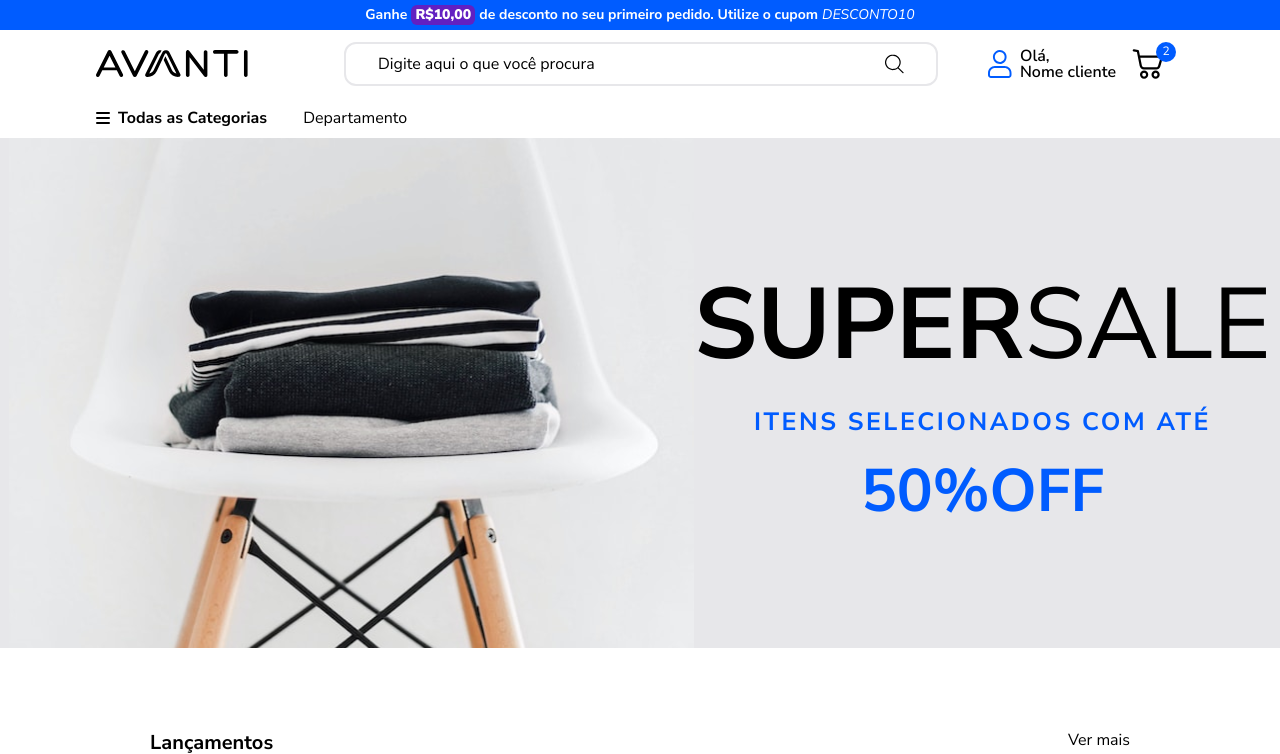
Repository: chidekina/avanti-01
Page: index.html
These files come from the project's save history. The page is drawn as it stood at one moment and after the next save; the edit follows.
The browser window is 1280 px wide. The pictures show the part of the page from y = 0 to 754 px (the page is 4120 px tall).
A picture or video elsewhere on the page could not be fetched, so the positions and the page height are approximate.

Above is the page before, as saved 2025-04-09 17:46:50.

### index.html
<!DOCTYPE html>
<html lang="en">
  <head>
    <meta charset="UTF-8" />
    <meta name="viewport" content="width=device-width, initial-scale=1.0" />
    <script src="https://cdn.jsdelivr.net/npm/@tailwindcss/browser@4"></script>
    <link rel="preconnect" href="https://fonts.googleapis.com" />
    <link rel="preconnect" href="https://fonts.gstatic.com" crossorigin />
    <link href="https://fonts.googleapis.com/css2?family=Nunito+Sans:ital,opsz,wght@0,6..12,200..1000;1,6..12,200..1000&family=Nunito:ital,wght@0,200..1000;1,200..1000&display=swap" rel="stylesheet" />

    <title>Avanti</title>
    <link rel="icon" type="image" href="./assets/avanti-icon.svg" />
    <link rel="stylesheet" href="style.css" />
    <link rel="stylesheet" href="https://cdn.jsdelivr.net/npm/swiper/swiper-bundle.min.css">
  </head>
  <body>
    <header class="mb-2">
      <h1 class="flex justify-center items-center bg-(--primary-color) text-white text-sm h-[30px] font-bold">
        Ganhe
        <b class="flex justify-center mx-1 bg-(--secondary-color) heigth-[16px] w-[64px] rounded-md">R$10,00</b>
        de desconto no seu primeiro pedido. Utilize o cupom
        <i class="font-normal ml-1">DESCONTO10</i>
      </h1>
      <div class="mt-3 mb-5 px-24 flex justify-between w-full">
        <div class="flex gap-24">
          <img src="./assets/logo.svg" alt="Avanti Logo" class="w-[152px]" />
          <label>
            <div class="flex justify-between py-2 border-2 border-solid border-(--bg-color) px-8 rounded-xl cursor-text w-[594px]">
              <input type="text" placeholder="Digite aqui o que você procura" class="placeholder-black outline-none focus:placeholder-transparent w-1/2" />
              <img src="./assets/search.svg" />
            </div>
          </label>
        </div>
        <div class="flex gap-4">
          <div class="flex gap-2 items-center">
            <img src="./assets/user.svg" alt="icone do usuario" class="w-[24px]" />
            <h6 class="leading-none font-semibold">
              Olá,<br />
              Nome cliente
            </h6>
          </div>
          <div class="flex">
            <img src="./assets/cart.svg" alt="imagem de um carrinho de compras" class="w-[32px]" />
            <div class="relative bg-(--primary-color) w-[20px] h-[20px] text-center text-white text-[12px] rounded-full right-2">2</div>
          </div>
        </div>
      </div>
      <div class="flex px-24 w-full">
        <ul class="flex gap-9">
          <li>
          <a href="#">
            <div class="flex gap-2">
              <img src="./assets/menu-hamburger.svg" alt="menu hamburguer" />
              <h5 class="font-bold" id="menu-button object-contain">Todas as Categorias</h5>
            </div>
          </a>
        </li>
        <li>
          <a href="#"> Departamento </a>
        </li>
        </ul>
      </div>
    </header>
    <main>
      <section class="flex justify-center items-center w-full height-[510px] bg-(--bg-color) font-(--font-secondary)">
        <img src="./assets/chair.svg" alt="Foto de uma cadeira com roupas dobradas em cima" />
        <div class="flex flex-col gap-1 text-center">
          <h1 class="text-[100px]"><b>SUPER</b>SALE</h1>
          <h4 class="text-[25px] text-(--primary-color) font-bold tracking-widest">ITENS SELECIONADOS COM ATÉ</h4>
          <h4 class="text-[60px] text-(--primary-color) font-bold">50%OFF</h4>
        </div>
      </section>
<carousel-section></carousel-section>
      </section>
  <description-section></description-section>
  <section class="flex w-full bg-(--bg-light) px-[200px] py-[42px] font-(--font-secondary) my-[40px]">
    <div class="text-center text-(--text-color) w-1/2 mr-5">
      <h1 class="text-[30px] font-bold mb-10">
        Lorem ipsum
      </h1>
      <ul class="flex flex-col text-start gap-15">
        <li class="flex gap-6">
          <img src="./assets/pin.svg">
          <p>
            Aenean massa. Cum sociis natoque penatibus et magnis dis parturient montes, nascetur ridiculus mus. Donec quam felis, ultricies nec, pellentesque eu, pretium quis, sem.
          </p>
        </li>
        <li class="flex gap-6">
          <img src="./assets/pin.svg">
          <p>
            Aenean massa. Cum sociis natoque penatibus et magnis dis parturient montes, nascetur ridiculus mus. Donec quam felis, ultricies nec, pellentesque eu, pretium quis, sem.
          </p>
        </li>
        <li class="flex gap-6">
          <img src="./assets/pin.svg">
          <p>
            Aenean massa. Cum sociis natoque penatibus et magnis dis parturient montes, nascetur ridiculus mus. Donec quam felis, ultricies nec, pellentesque eu, pretium quis, sem.
          </p>
        </li>
      </ul>
    </div>
    <img src="./assets/banner.svg" alt="Foto da caneca da Avanti sobre uma tabua de vegetais" class="w-1/2">
  </section>
  <section>
  <description-section></description-section>
  <carousel-section></carousel-section>

  </section>
  <section>
    <img src="./assets/banner2.svg" alt="Foto da entrada da loja da Avanti" />
    <div class="absolute h-[126px] bg-(--primary-color) w-full bottom-[-3080px] text-white text-[30px] font-(--font-secondary)">
      <h1 class="flex justify-center h-full items-center">Entre em contato conosco e verifique a disponibilidade para sua região!</h1>
    </div>
  </section>
  <section class="flex flex-col my-[50px] gap-6 items-center">
    <h2 class="font-bold text-center text-[20px]">
      Cadastre-se na nossa <b class="text-(--primary-color)">newsletter</b>
    </h2>
    <div class="flex w-[1260px] h-[170px] items-center justify-center bg-(--bg-light) rounded-lg gap-6">
      <input type="text" placeholder="Digite seu nome" class="outline-none rounded-lg bg-white placeholder:text-black w-[260px] h-[48px] focus:placeholder-transparent pl-4"/>
      <input type="text" placeholder="Digite seu e-mail" class="outline-none rounded-lg bg-white placeholder:text-black w-[260px] h-[48px] focus:placeholder-transparent pl-4"/>
      <div class="flex gap-1">
      <input type="checkbox" />
      <h5 class="text-[#656565] text-[12px] font-bold">Estou de acordo com a <a href="#" class="underline">Política de Privacidade</a></h5>
    </div>
    </div>
  </section>
  <section class="text-center px-[200px] py-[64px] bg-(--bg-lighter)">
    <div class="flex justify-around mb-10">
    <div class="flex flex-col gap-5">
      <img src="./assets/logo.svg" alt="Logo Avanti" />
      <ul class="flex gap-5 justify-around items-center">
        <li>
          <a href="#">
            <img src="./assets/social-links/instagram.svg" alt="Logo do instagram" />
          </a>
        </li>
        <li>
          <a href="#">
            <img src="./assets/social-links/facebook.svg" alt="Logo do instagram" />
          </a>
        </li>
        <li>
          <a href="#">
            <img src="./assets/social-links/youtube.svg" alt="Logo do instagram" />
          </a>
        </li>
        <li>
          <a href="#">
            <img src="./assets/social-links/tiktok.svg" alt="Logo do instagram" />
          </a>
        </li>
      </ul>
    </div>
    <ul class="flex flex-col gap-4">
      <li class="font-bold">
        <a href="">
          Institucional
        </a>
      </li>
      <li>
        <a href="">
          Sobre Nós
        </a>
      </li>
      <li>
        <a href="">
          Nossas lojas
        </a>
      </li>
      <li>
        <a href="">
          Privacidade e Segurança
        </a>
      </li>
      <li>
        <a href="">
          Termos e condições
        </a>
      </li>
    </ul>
    <ul class="flex flex-col gap-4">
      <li class="font-bold">
        <a href="">
          Central de ajuda
        </a>
      </li>
      <li>
        <a href="">
          Fale Conosco
        </a>
      </li>
      <li>
        <a href="">
          Frete e Entrega
        </a>
      </li>
      <li>
        <a href="">
          Trocas e Devoluções
        </a>
      </li>
      <li>
        <a href="">
          Formas de Pagamento
        </a>
      </li>
      <li>
        <a href="">
          FAQ
        </a>
      </li>
    </ul>
    <ul class="flex flex-col gap-4">
      <li class="font-bold">
          Atendimento
      </li>
      <li>
         <b>Telefone:</b> (00) 1234-5678
      </li>
      <li>
        <b>E-mail:</b> exemplo@exemplo.com.br
      </li>
      <li>
        <b>Horário de atendimento:</b><br>
          Segunda a Sábado: 07h00 às 23h00<br>
          Domingos e Feriados:  07h00 às 21h00
      </li>
    </ul>
  </div>
<div>
<ul class="flex gap-10 justify-center">
  <li>
    <img src="./assets/payments/amex.svg" alt="Logo Amex" />
  </li>
  <li>
    <img src="./assets/payments/mastercard.svg" alt="Logo Mastercard" />
  </li>
  <li>
    <img src="./assets/payments/visa.svg" alt="Logo Visa" />
  </li>
  <li>
    <img src="./assets/payments/hipercard.svg" alt="Logo Hipercard" />
  </li>
  <li>
    <img src="./assets/payments/elo.svg" alt="Logo Elo" />
  </li>
  <li>
    <img src="./assets/payments/dinners.svg" alt="Logo Dinners" />
  </li>
  <li>
    <img src="./assets/payments/paypal.svg" alt="Logo Paypal" />
  </li>
  <li>
    <img src="./assets/payments/pix.svg" alt="Logo Pix" />
  </li>
  <li>
    <img src="./assets/payments/boleto.svg" alt="Logo Boleto" />
  </li>
</ul>
</div>
  </section>
    </main>
    <footer class="flex flex-col gap-5 my-10">
      <div class="flex flex-col text-center justify-center items-center">
        <p class="w-[1000px] text-[12px]">
          Lorem ipsum dolor sit amet, consectetuer adipiscing elit, sed diam nonummy nibh euismod tincidunt ut laoreet dolore magna aliquam erat volutpat. Ut wisi enim ad minim veniam, quis nostrud exerci tation ullamcorper suscipit lobortis nisl ut aliquip ex ea commodo consequat. Duis autem vel eum iriure dolor in hendrerit in vulputate velit esse molestie consequat, vel illum dolore eu feugiat nulla facilisis at vero eros et accumsan et iusto odio dignissim qui blandit praesent luptatum zzril delenit augue duis dolore te feugait nulla facilisi.
        </p>
      </div>
        <ul class="flex justify-center gap-10">
          <li>
            <img src="./assets/logos/encrypt-logo.svg" alt="Logo da Lets Encrypt">
          </li>
          <li>
            <img src="./assets/logos/vtex-pci-logo.svg" alt="Logo da VTEX e da PCI certified">
          </li>
          <li>
            <img src="./assets/logo.svg" alt="Logo da Avanti">
          </li>
          <li>
            <img src="./assets/logos/vtex-logo.svg" alt="Logo da VTEX">
          </li>
        </ul>
      </footer>
    <script src="https://cdn.jsdelivr.net/npm/swiper/swiper-bundle.min.js"></script>
    <script src="app.js"></script>
  </body>
</html>

### style.css
:root {
    font-family: "Nunito Sans", sans-serif;
    --primary-color: #005CFF;
    --secondary-color: #6220C1;
    --text-color: #4F4F4F;
    --bg-color: #E7E7EA;
    --bg-dark: #C2C2C2;
    --bg-light: #DEDEDE;
    --bg-lighter: #F5F5F5;
    --font-secondary: "Nunito", sans-serif;
}

### app.js
class Carousel extends HTMLElement {
    constructor() {
      super();
    }

    connectedCallback() {
      this.render();
      this.initSlides();
      this.initSwiper();
    }

    render() {
      this.innerHTML = `
        <section class="py-[80px] px-[150px]">
          <div>
            <div class="flex justify-between mb-4">
              <h3 class="font-bold text-[20px]">Lançamentos</h3>
              <h4>Ver mais</h4>
            </div>
            <div class="swiper">
              <div class="swiper-container">
                <ul class="swiper-wrapper" id="swiper-wrapper"></ul>
                <div class="swiper-button-next"></div>
                <div class="swiper-button-prev"></div>
                <div class="swiper-pagination"></div>
              </div>
            </div>
          </div>
        </section>
      `;
    }

    initSlides() {
      const swiperWrapper = this.querySelector("#swiper-wrapper");

      for (let i = 1; i <= 15; i++) {
        const slide = `
          <li class="swiper-slide border border-[#DDDDDD] py-1 px-1 rounded-md" style="min-width: 200px;">
            <div class="absolute">
              <h6 class="flex justify-center items-center bg-[#00264E] text-white text-[10px] w-[42px] h-[20px] rounded-sm">
                NOVO
              </h6>
            </div>
            <img src="./assets/model.svg" alt="Modelo ${i}" />
            <div class="mt-2">
              <h3 class="text-[#303030] text-[12px] mb-1 leading-none">
                Produto ${i} - Nome do Produto
              </h3>
            </div>
            <div class="flex gap-1">
              <div>
                <h4 class="text-[#303030] text-[10px] line-through leading-none">R$ 100,00</h4>
                <h4 class="text-[14px] font-bold tracking-tight">R$ 79,90</h4>
              </div>
              <div class="flex justify-center items-center bg-[#5EC0BE] text-white underline text-[8px] w-[52px] h-[16px] rounded-sm tracking-tight">
                10% OFF
              </div>
            </div>
            <h6 class="text-[10px]">Ou em até <b>10x de R$ 7,90</b></h6>
            <button class="w-full bg-[#00264E] text-white rounded-md text-[12px] h-[30px]">
              Comprar
            </button>
          </li>
        `;
        swiperWrapper.insertAdjacentHTML("beforeend", slide);
      }
    }

    initSwiper() {
      new Swiper(this.querySelector(".swiper-container"), {
        slidesPerView: 5,
        spaceBetween: 10,
        navigation: {
          nextEl: this.querySelector(".swiper-button-next"),
          prevEl: this.querySelector(".swiper-button-prev"),
        },
        pagination: {
          el: this.querySelector(".swiper-pagination"),
          clickable: true,
        },
      });
    }
  }

  customElements.define("carousel-section", Carousel);

class Description extends HTMLElement {
  connectedCallback() {
    this.innerHTML = `
     <section class="flex px-[200px] gap-5 items-center">
        <div class="flex bg-(--bg-dark) justify-center items-center">
            <img src="./assets/mug.svg" alt="Foto de uma caneca da Avanti" />
        </div>
        <div class="font-(--font-secondary) w-1/2">
            <h1 class="font-bold text-[30px]">
          Lorem Ipsum
            </h1>
            <p class="text-[12px]">
                Duis consectetur metus nec lacus auctor dignissim. Mauris vitae finibus dui. Mauris laoreet lacus ut eleifend viverra. Cras efficitur volutpat dui, in lobortis metus lacinia sit amet. Sed lacinia pharetra magna, vel pulvinar ligula hendrerit a. Maecenas fringilla porttitor tortor eget lacinia. Donec sollicitudin euismod orci, auctor fringilla magna consequat interdum. Fusce sagittis elit a libero commodo egestas efficitur id augue.<br></br>
                Duis consectetur metus nec lacus auctor dignissim. Mauris vitae finibus dui. Mauris laoreet lacus ut eleifend viverra. Cras efficitur volutpat dui, in lobortis metus lacinia sit amet. Sed lacinia pharetra magna, vel pulvinar ligula hendrerit a. Maecenas fringilla porttitor tortor eget lacinia. Donec sollicitudin euismod orci, auctor fringilla magna consequat interdum. Fusce sagittis elit a libero commodo egestas efficitur id augue.
            </p>
        </div>
        </section>
        `;
  }
};

customElements.define("description-section", Description);

After the next save:
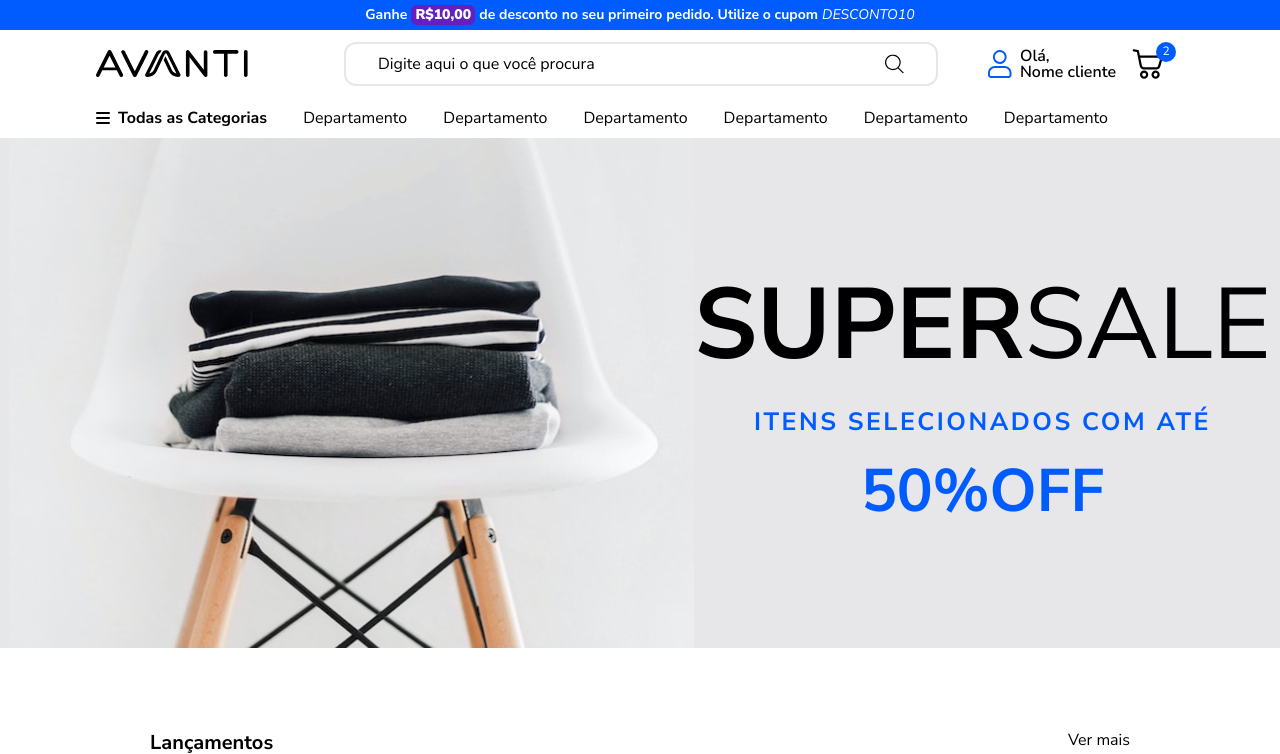
Saved 4 s later.
--- a/index.html
+++ b/index.html
@@ -58,6 +58,21 @@
         <li>
           <a href="#"> Departamento </a>
         </li>
+        <li>
+          <a href="#"> Departamento </a>
+        </li>
+        <li>
+          <a href="#"> Departamento </a>
+        </li>
+        <li>
+          <a href="#"> Departamento </a>
+        </li>
+        <li>
+          <a href="#"> Departamento </a>
+        </li>
+        <li>
+          <a href="#"> Departamento </a>
+        </li>
         </ul>
       </div>
     </header>
